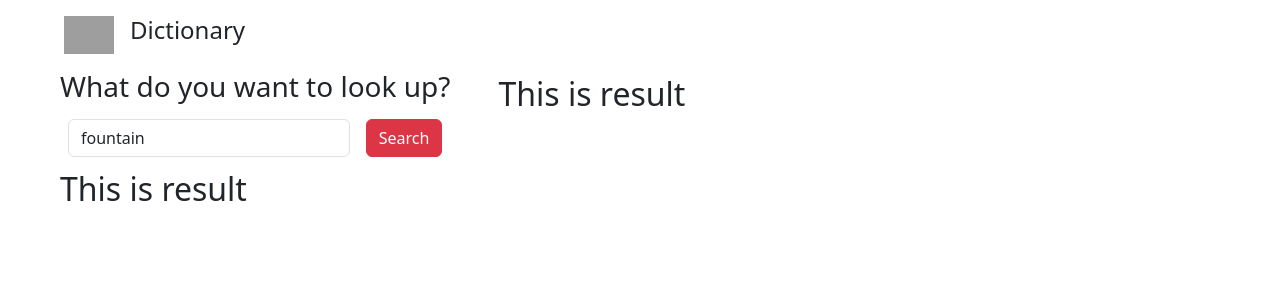
Repository: moehaymanmyint/react-dictionary-app
Page: /
These files come from the project's save history. The page is drawn as it stood at one moment and after the next save; the edit follows.
The browser window is 1280 px wide. The pictures show the whole page.
Pictures or frames that could not be fetched are drawn as grey boxes. The page's requests for data from a server got no answer. The project was rebuilt for these pictures with package versions that can differ from the ones it lists, and the page was loaded fresh each time. No one was signed in, and anything a server would have sent is missing.

Above is the page before, as saved 2024-08-28 10:42:31.

After the next save:
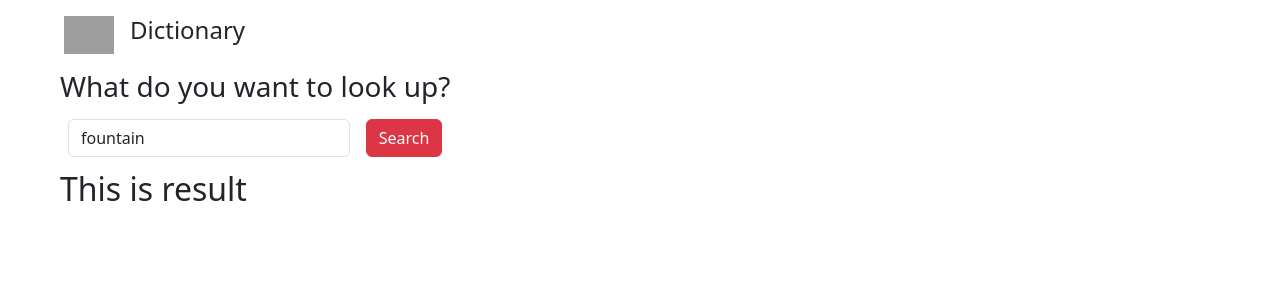
Saved 2 s later.
--- a/src/App.js
+++ b/src/App.js
@@ -2,11 +2,8 @@ import './App.css';
 import 'bootstrap/dist/css/bootstrap.css';
 
 import Search from "./Search"
-import Result from "./Result"
-import { useState } from 'react';
 
 function App() {
-  let [result, setResult] = useState(null);
   return (
     <div className="App">
       {/* Logo */}
@@ -24,7 +21,7 @@ function App() {
 
         {/* Content */}
         <div className="content mx-5" >
-          <Result results = {result} />
+
         </div>
 
       </div>
